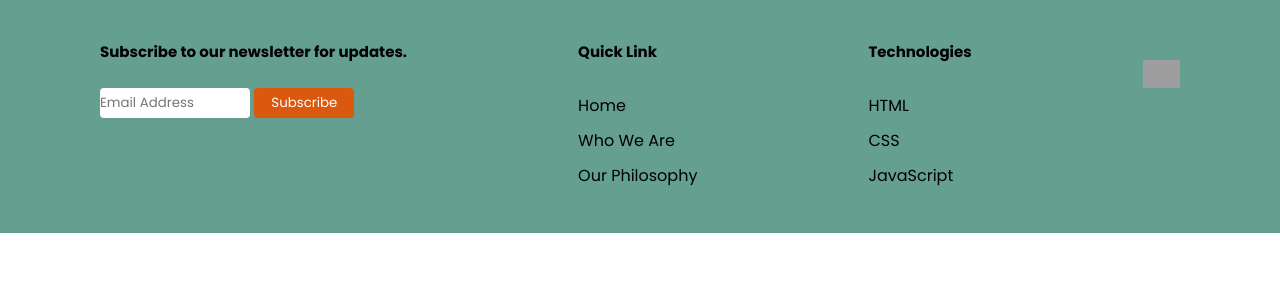
Repository: andajonas/Module_08_ANDJON25111_fto2502_A2_Anda-Jonas_SDF04
Page: index.html
The author's editor kept a copy of each file at every save. The page is drawn from the files as they stood at one save, then again after the next save.
The browser window is 1280 px wide. The pictures show the whole page.
Pictures or frames that could not be fetched are drawn as grey boxes.

Above is the page before, as saved 2025-03-20 19:19:33.

After the next save:
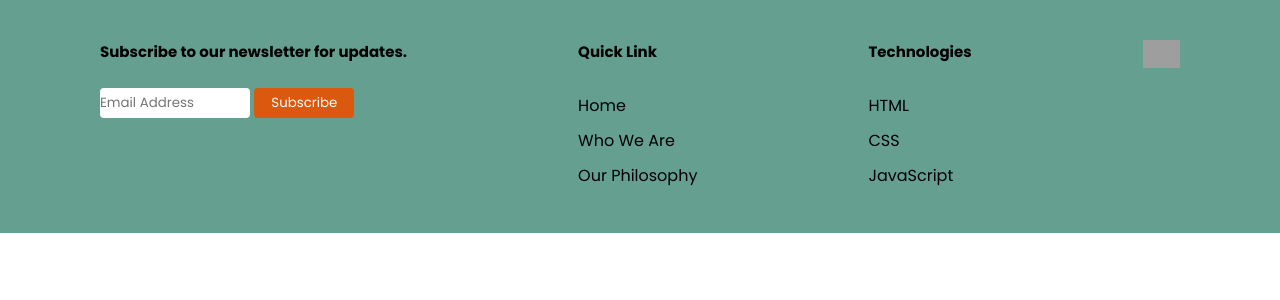
Saved 5 s later.
--- a/styles.css
+++ b/styles.css
@@ -57,9 +57,3 @@ img {
     height: 28px;
     display: block;
 }
-.footer-logo {
-    display: flex;
-    justify-content: left;
-    padding: 20px 0;
-}
-.footer-logo img {}
